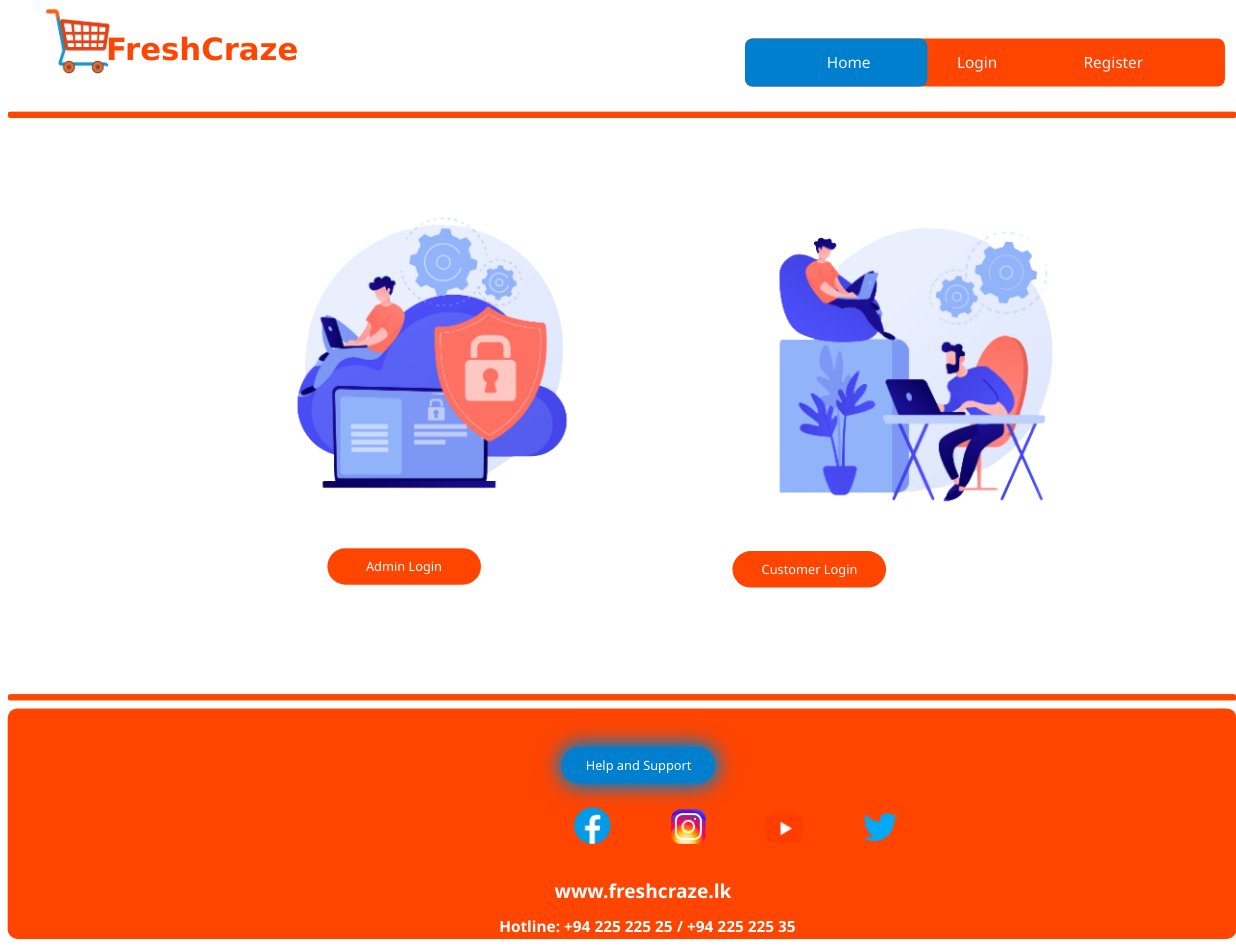
Repository: chamarac2002/FreshCraze
Page: http://localhost/CustomerDemo/LoginPage.jsp
These files come from the project's save history. The page is drawn as it stood at one moment and after the next save; the edit follows.
The browser window is 1280 px wide. The page is 1288 px wide, so the pictures cover 1288 px, including what lies to the right of the window. The pictures show the whole page, at 96% of full size.
The page is served by Tomcat 9. Nobody is signed in. The application's start-up code is not run.

Above is the page before, as saved 2024-05-11 09:44:27.

After the next save:
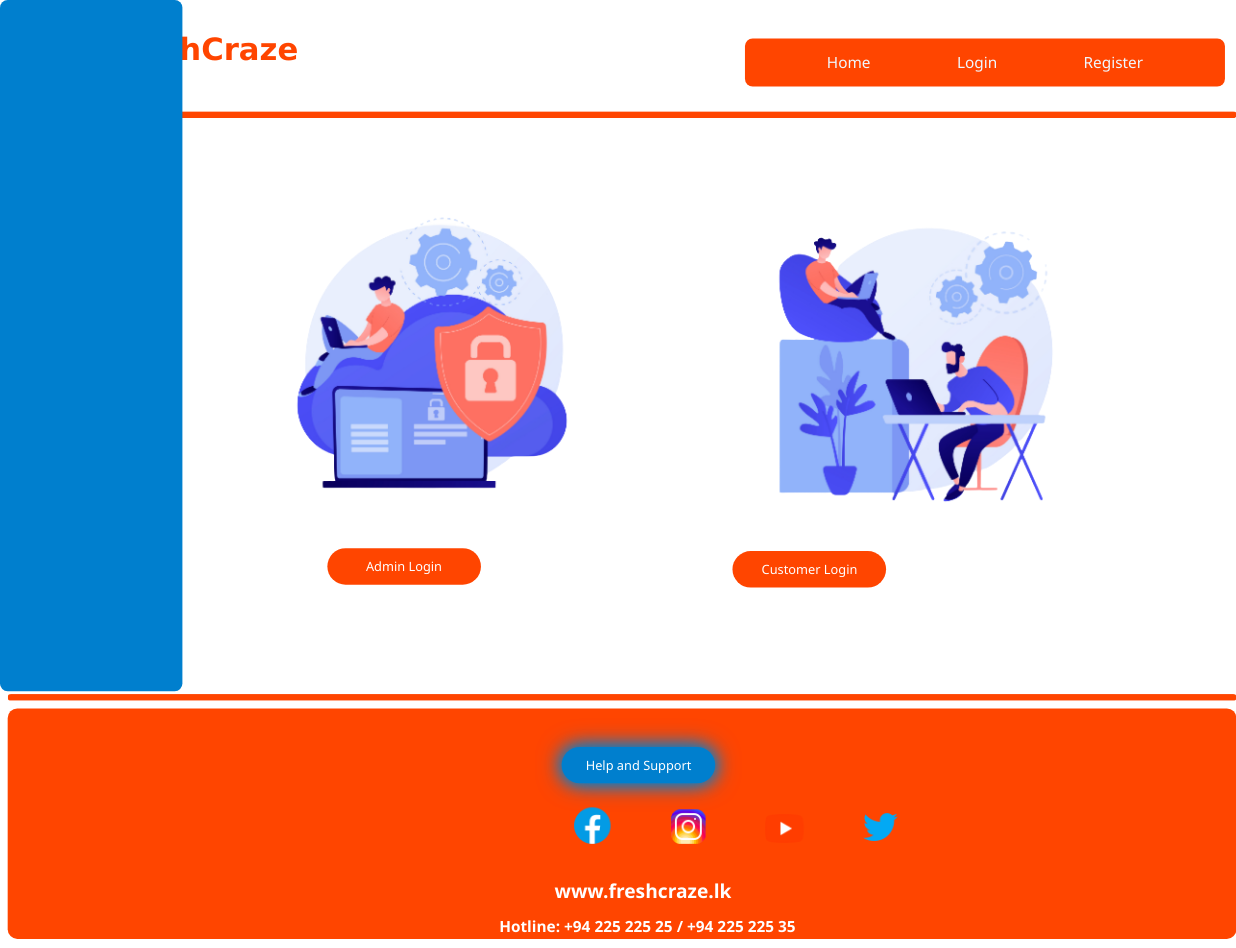
Saved 14 s later.
--- a/CustomerDemo/src/main/webapp/Styles/LoginPageeStyle.css
+++ b/CustomerDemo/src/main/webapp/Styles/LoginPageeStyle.css
@@ -30,7 +30,7 @@
     align-items: center;
     min-height: 5vh;
 
-    position:relative;
+    position:center;
     background-color: orangered;
     border-radius: 8px;
     width: 500px;

After the save that followed:
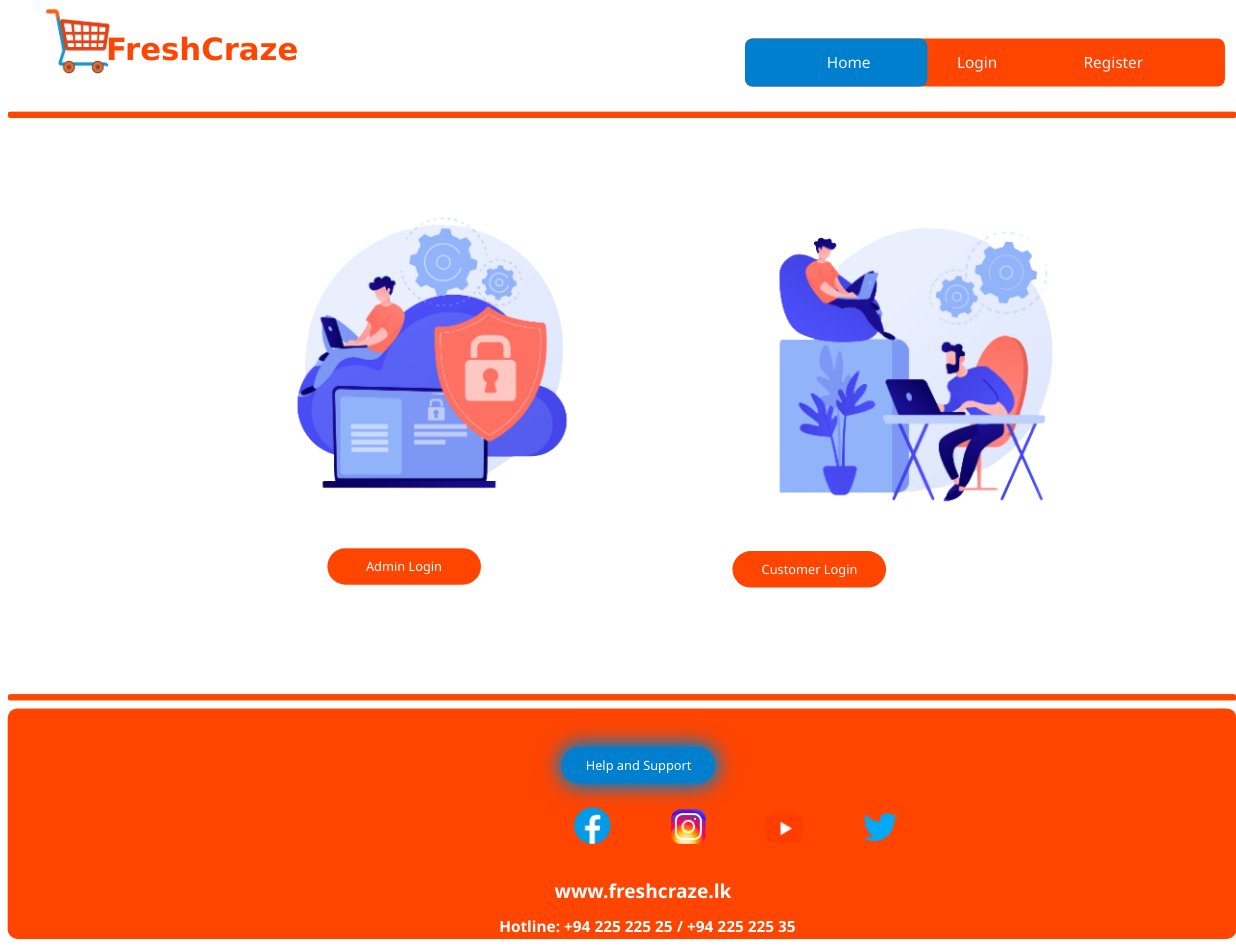
Saved 14 s later.
--- a/CustomerDemo/src/main/webapp/Styles/LoginPageeStyle.css
+++ b/CustomerDemo/src/main/webapp/Styles/LoginPageeStyle.css
@@ -30,7 +30,7 @@
     align-items: center;
     min-height: 5vh;
 
-    position:center;
+    position:relative;
     background-color: orangered;
     border-radius: 8px;
     width: 500px;
